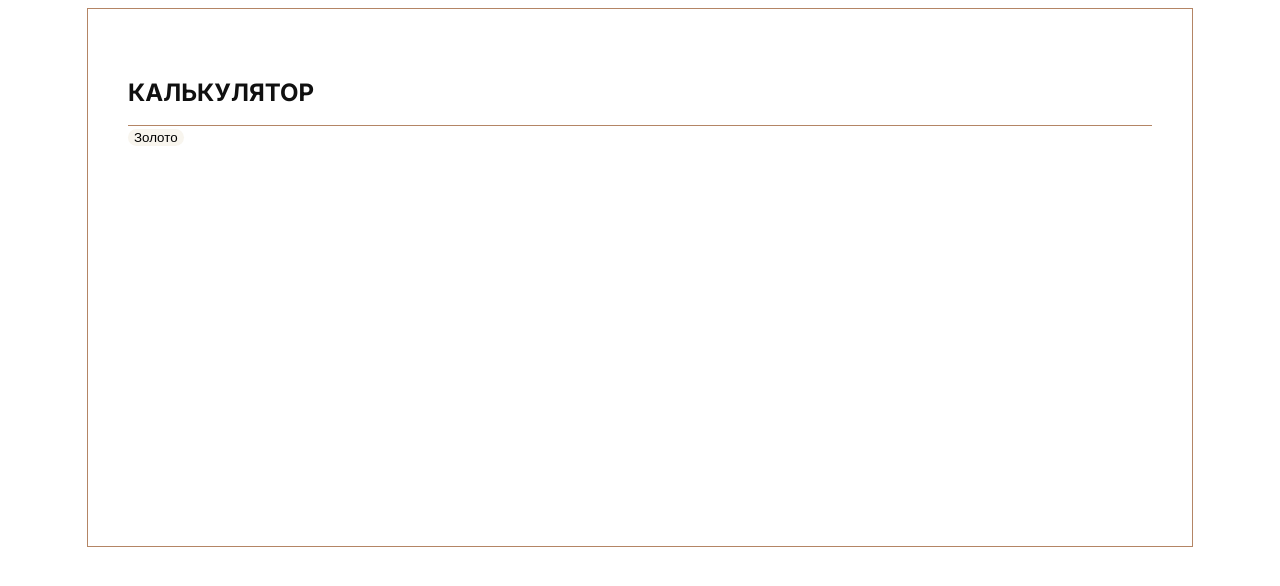
Repository: Kirill2034/Calculator-metal
Page: /
These files come from the project's save history. The page is drawn as it stood at one moment and after the next save; the edit follows.
The browser window is 1280 px wide. The pictures show the whole page.
The project was rebuilt for these pictures with package versions that can differ from the ones it lists, and the page was loaded fresh each time.

Above is the page before, as saved 2021-11-27 16:03:48.

After the next save:
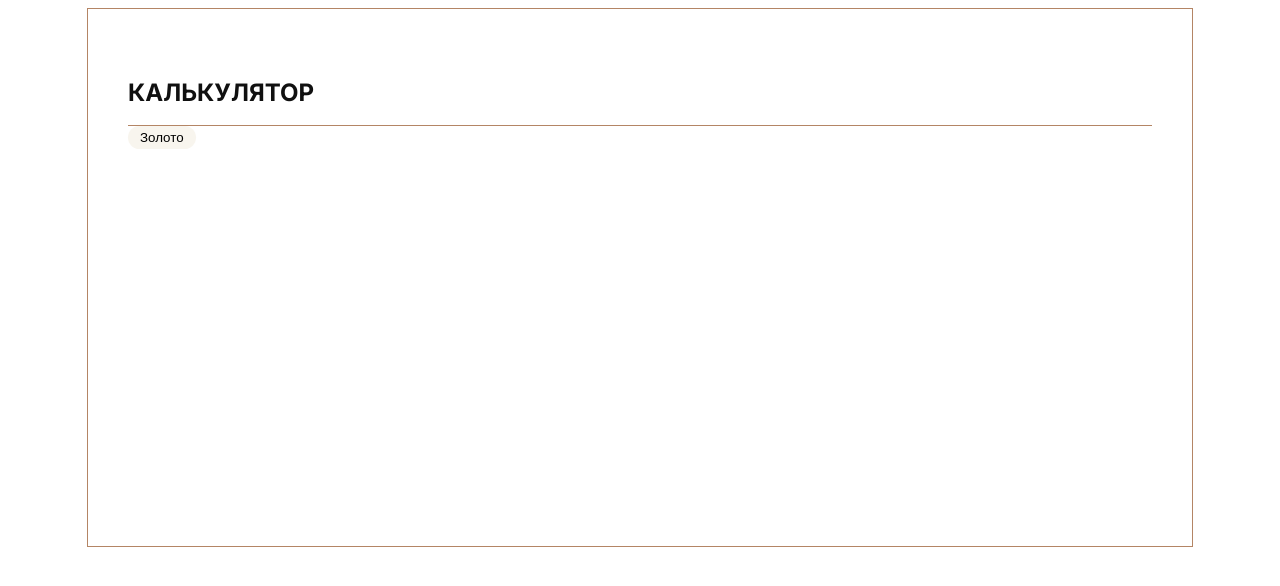
Saved 75 s later.
--- a/src/components/BtnRadio/BtnRadio.css
+++ b/src/components/BtnRadio/BtnRadio.css
@@ -1 +1 @@
-.BtnRadio {border: none; box-shadow: none; outline: none; background: #F8F5EE; border-radius: 100px;}
+.BtnRadio {border: none; box-shadow: none; outline: none; background: #F8F5EE; border-radius: 100px; padding: 4px 12px;}
